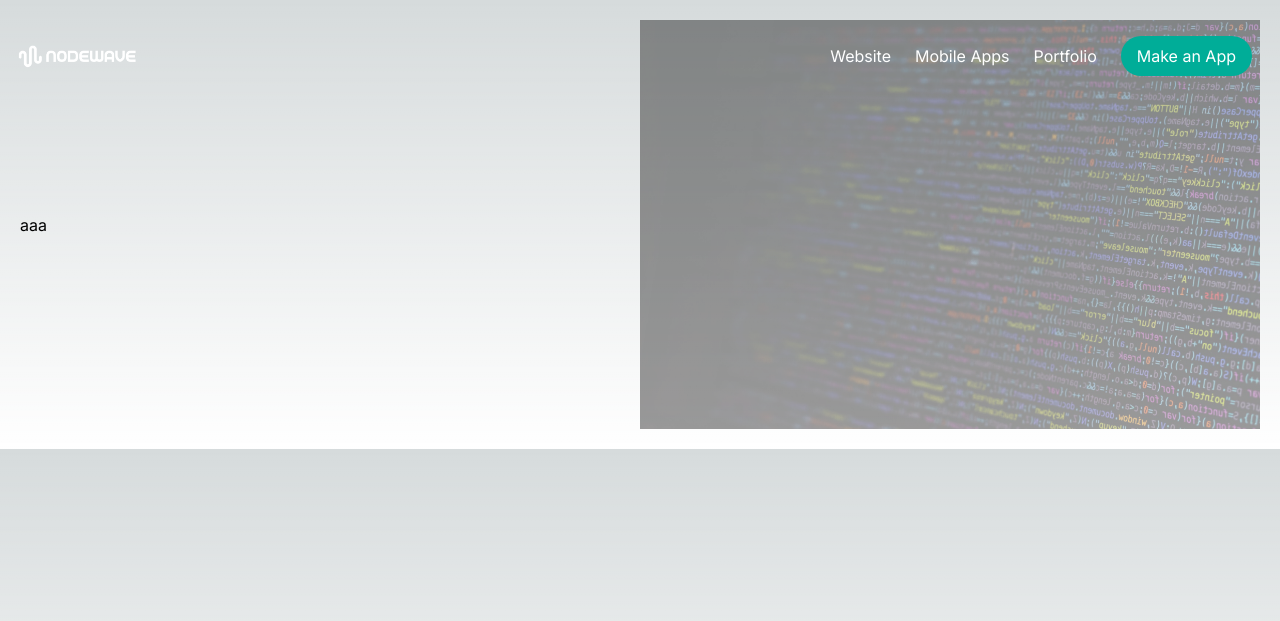
Repository: farrelmuhammad/nodewave
Page: /
The author's editor kept a copy of each file at every save. The page is drawn from the files as they stood at one save, then again after the next save.
The browser window is 1280 px wide. The pictures show the whole page.
The project was rebuilt for these pictures with package versions that can differ from the ones it lists, and the page was loaded fresh each time. The framework's server and built-in components were replaced by stand-ins that run in the browser. Also part of the build but not shown: next.config.js.

Above is the page before, as saved 2023-09-08 13:05:14.

After the next save:
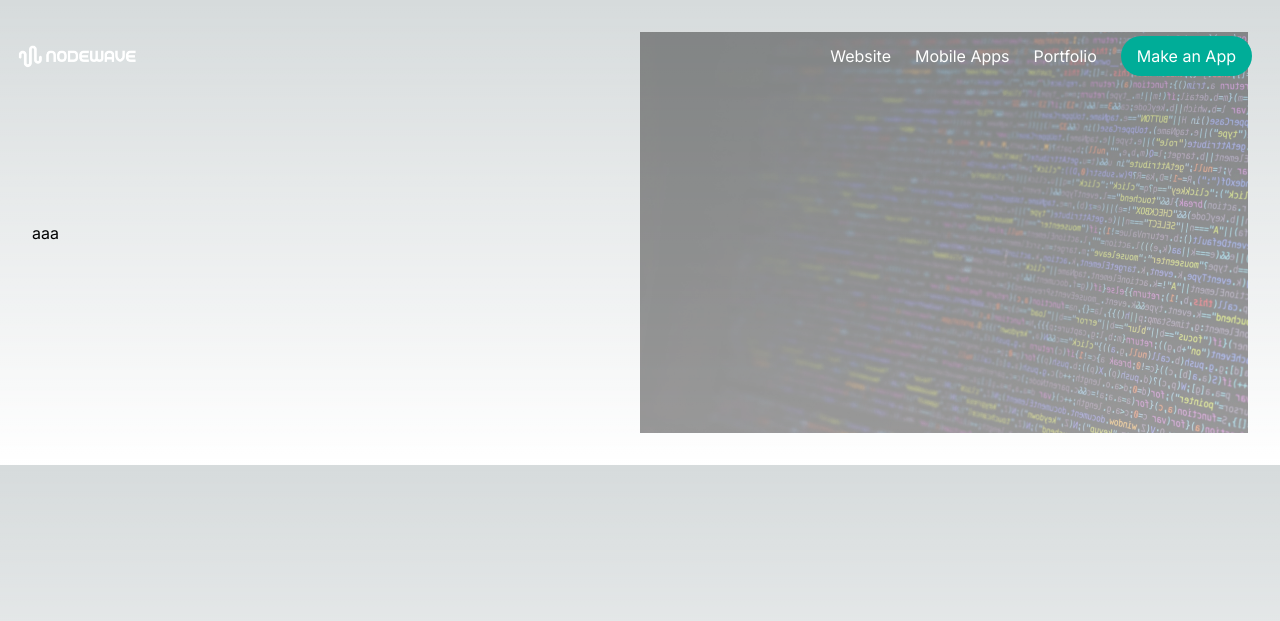
Saved 5 s later.
--- a/src/components/Hero.jsx
+++ b/src/components/Hero.jsx
@@ -3,7 +3,7 @@
 
 const Hero = () => {
   return (
-    <main className="flex items-center w-full p-5 hero">
+    <main className="flex items-center w-full p-8 hero">
       <div className="w-1/2">aaa</div>
       <div className="w-1/2">
         <div class="relative hero-image">
